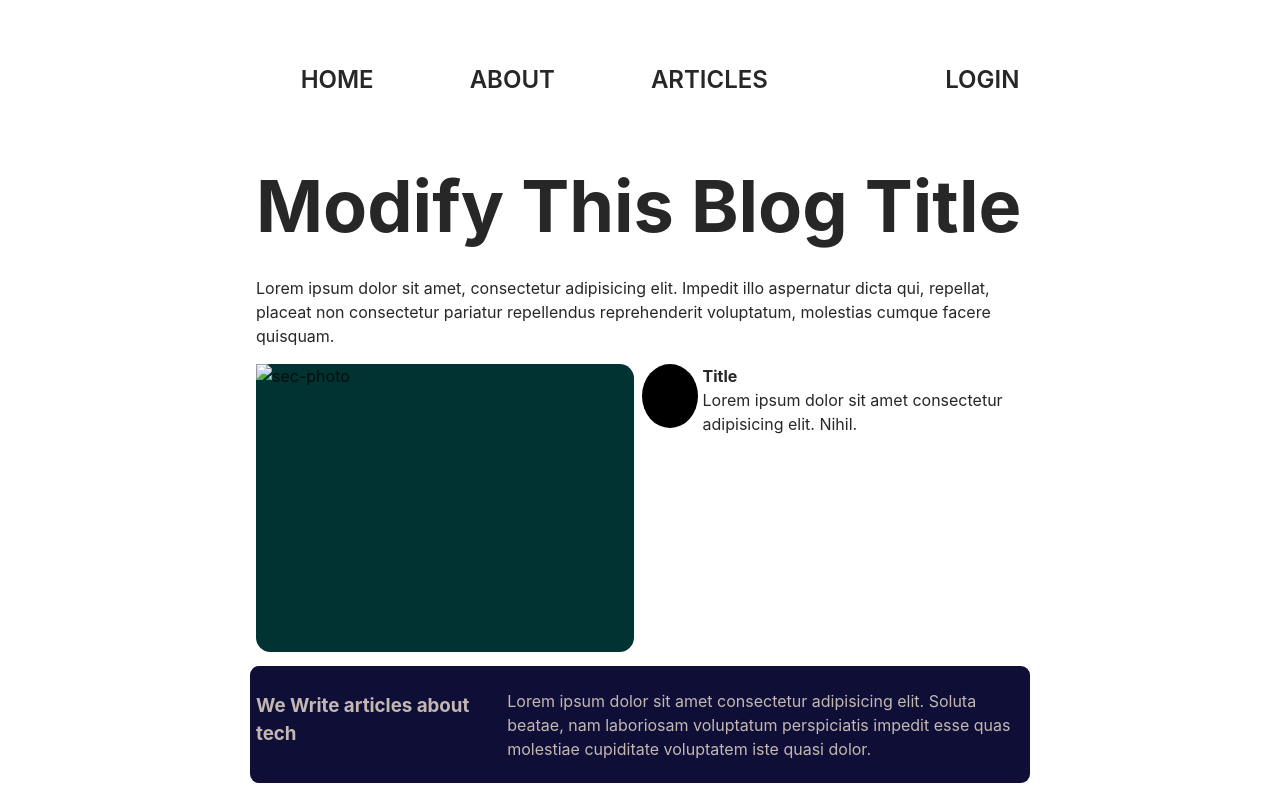
Repository: ValGrace/-static-site
Page: /home (app in client/)
The author's editor kept a copy of each file at every save. The page is drawn from the files as they stood at one save, then again after the next save.
The browser window is 1280 px wide. The pictures show the whole page.
The project was rebuilt for these pictures with package versions that can differ from the ones it lists, and the page was loaded fresh each time. Also part of the build but not shown: client/vite.config.js, client/src/Utils/appwrite.js, client/src/Components/Inputs.css, client/src/Components/Login.jsx, client/src/Components/Signup.jsx.

Above is the page before, as saved 2023-02-05 12:25:23.

After the next save:
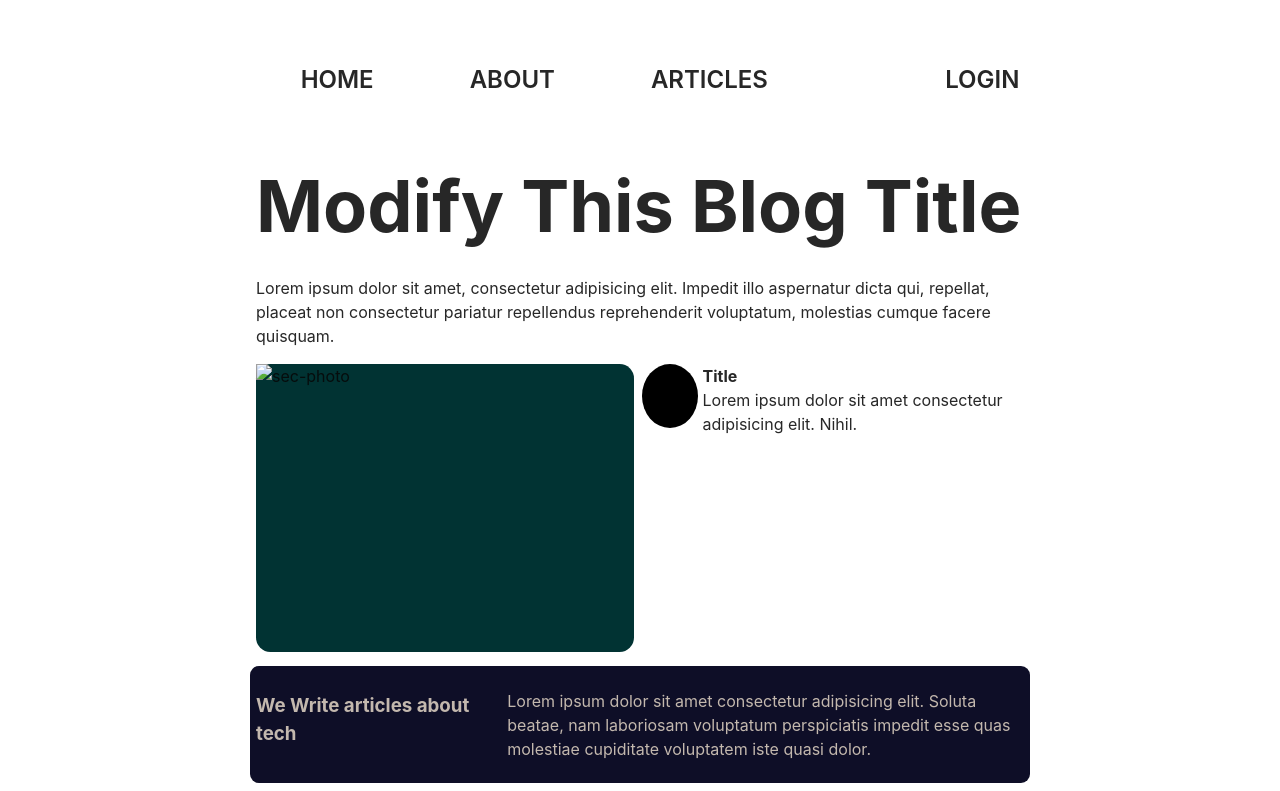
Saved 5 s later.
--- a/client/src/Components/Navbar.css
+++ b/client/src/Components/Navbar.css
@@ -65,7 +65,7 @@ nav > ul{
 
 .site-descr {
     width: 60vw;
-    background-color: rgba(1, 1, 44, 0.945);
+    background-color: rgba(1, 1, 27, 0.945);
     color: rgba(250, 235, 215, 0.767);
     border-radius: 9px;
     margin-top: 0.9rem;
